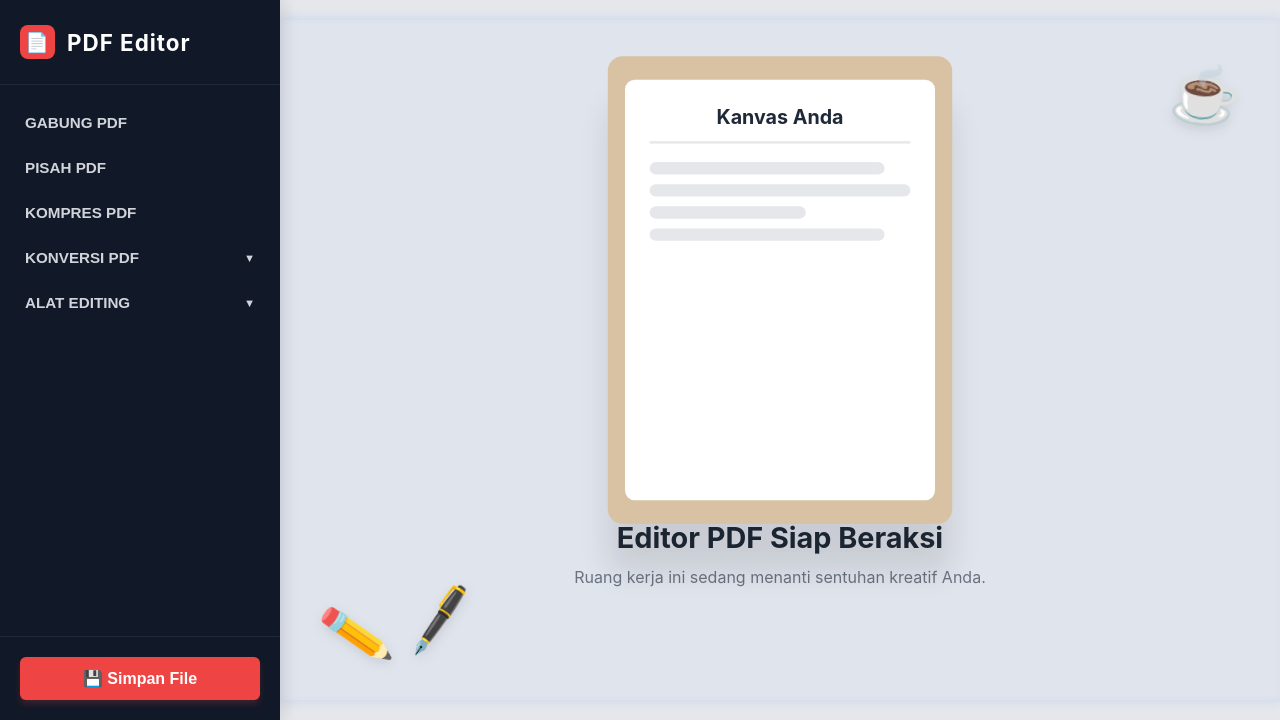
Repository: IkhsanMoekhtar/pdf_editor
Page: /
The author's editor kept a copy of each file at every save. The page is drawn from the files as they stood at one save, then again after the next save.
The browser window is 1280 px wide. The pictures show the whole page.
The pointer rests on the first visible `.empty-state.desktop-scene`.
The project was rebuilt for these pictures with package versions that can differ from the ones it lists, and the page was loaded fresh each time. Also part of the build but not shown: vite.config.js.

Above is the page before, as saved 2026-03-18 23:01:35.

After the next save:
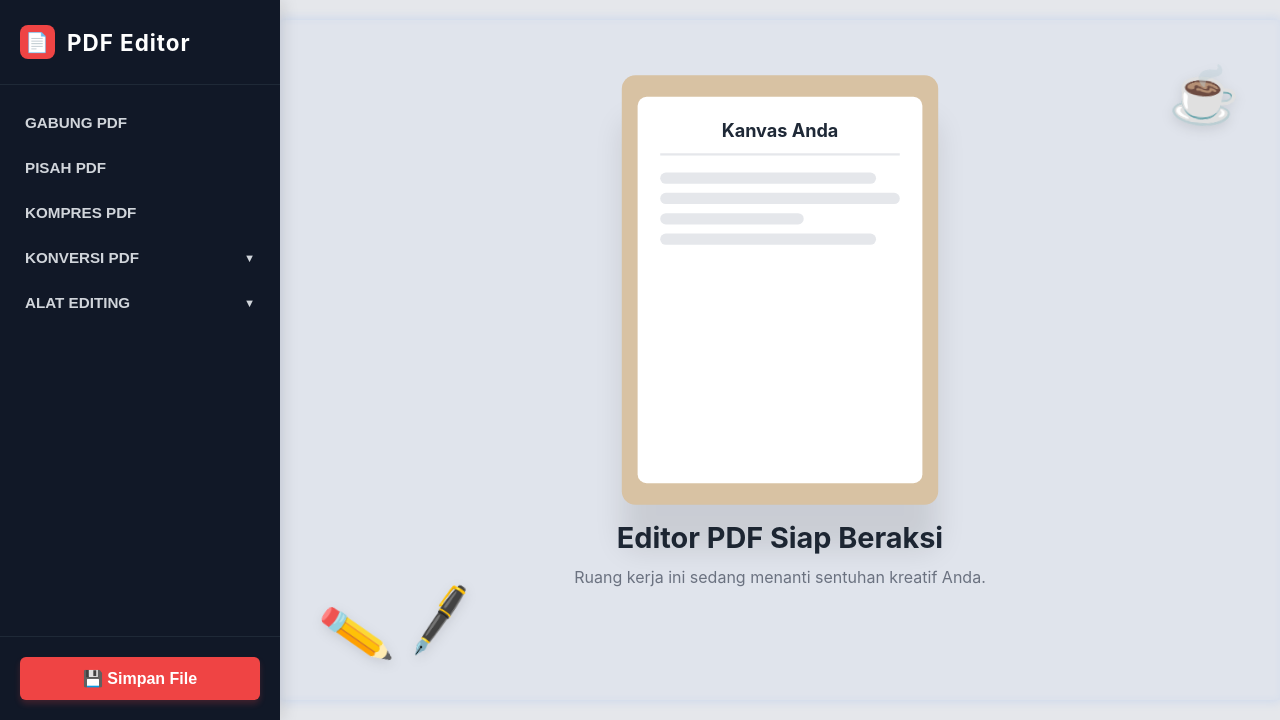
Saved 7 s later.
--- a/src/App.css
+++ b/src/App.css
@@ -216,7 +216,7 @@
 }
 
 .empty-state.desktop-scene:hover .clipboard {
-  transform: rotate(0deg) scale(1.23);
+  transform: rotate(0deg) scale(1.13);
 }
 
 .clipboard-paper {
